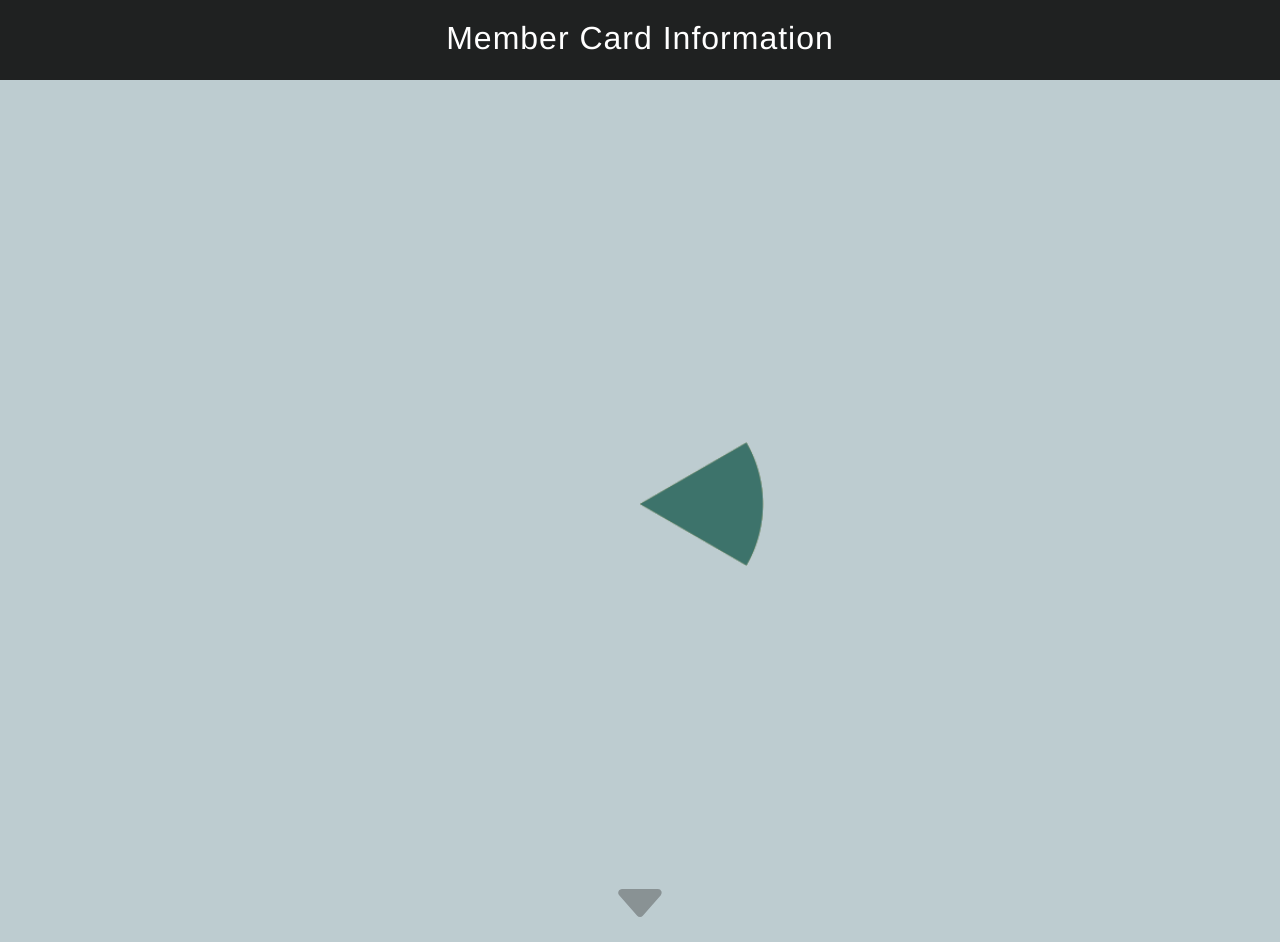
Repository: Leooook/lzhao-fed-test
Page: /
These files come from the project's save history. The page is drawn as it stood at one moment and after a run of saves; the edit follows.
The browser window is 1280 px wide. The pictures show the whole page.
The page's requests for data from a server got no answer. The project was rebuilt for these pictures with package versions that can differ from the ones it lists, and the page was loaded fresh each time. No one was signed in, and anything a server would have sent is missing. Also part of the build but not shown: src/components/detail.jsx.

Above is the page before, as saved 2021-03-15 21:39:39.

After the next 2 saves:
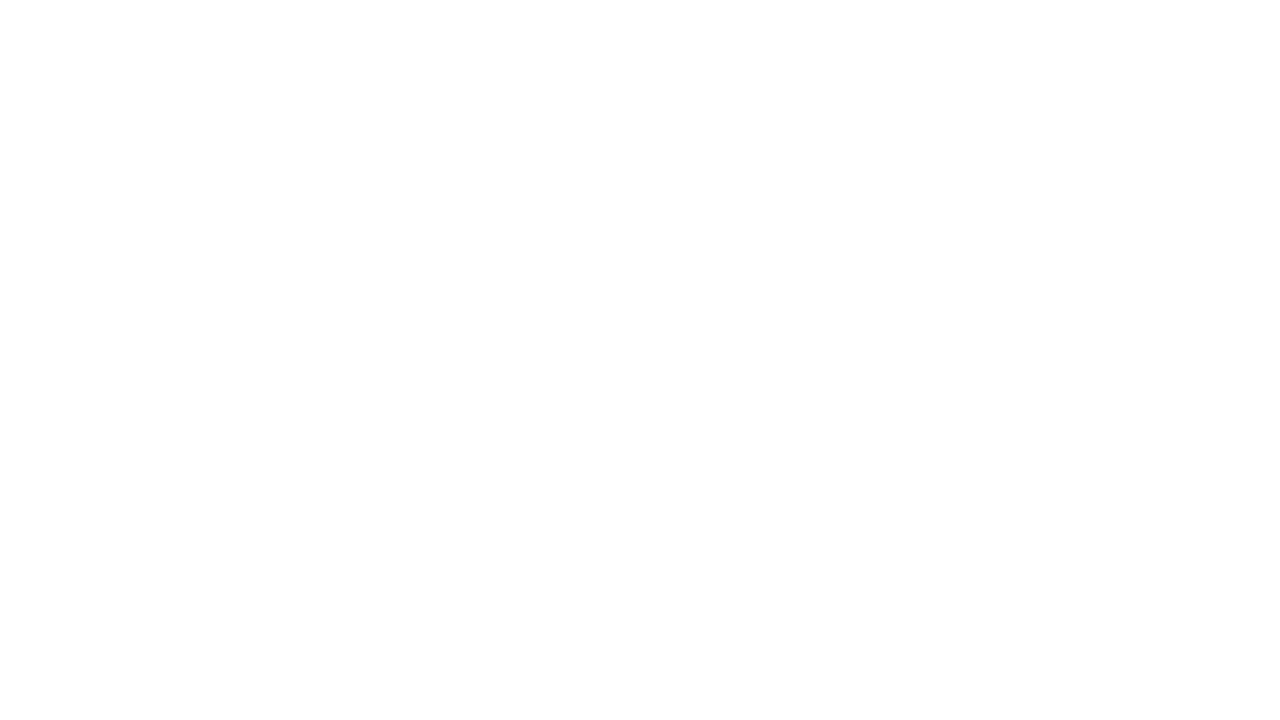
Console error: TypeError: featureAmount.length is not a function
The 2 saves are shown as one change because 1 did not build or start.
The last was saved 24 s later.
--- a/src/App.js
+++ b/src/App.js
@@ -18,8 +18,10 @@
       {
         featureAmount.map((key) => <Feature key = {key}/>)
       }
+      {
+        featureAmount.length() > 1 ? <BsCaretDownFill className='add-feature' onClick={() => setFeature()}/> : None
+      }
 
-      <BsCaretDownFill className='add-feature' onClick={() => setFeature()}/>
     </div>
   )
 }

After the 5 saves that followed:
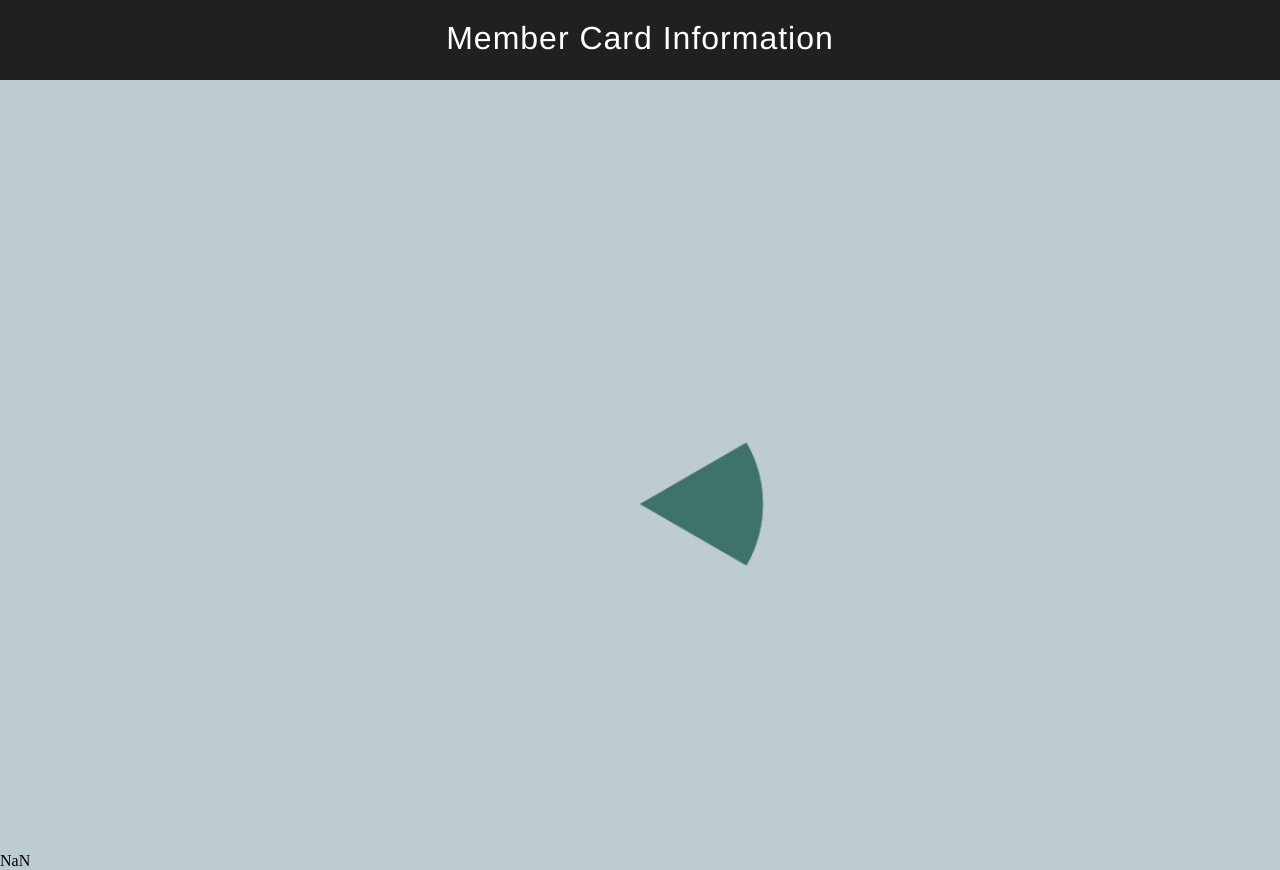
The error is gone.
The 5 saves are shown as one change because 3 left the picture as it was and some came seconds apart.
The last was saved 89 s later.
--- a/src/App.js
+++ b/src/App.js
@@ -19,7 +19,7 @@
         featureAmount.map((key) => <Feature key = {key}/>)
       }
       {
-        featureAmount.length() > 1 ? <BsCaretDownFill className='add-feature' onClick={() => setFeature()}/> : None
+        featureAmount.length > 1 ? <BsCaretDownFill className='add-feature' onClick={() => setFeature()} /> : NaN
       }
 
     </div>
